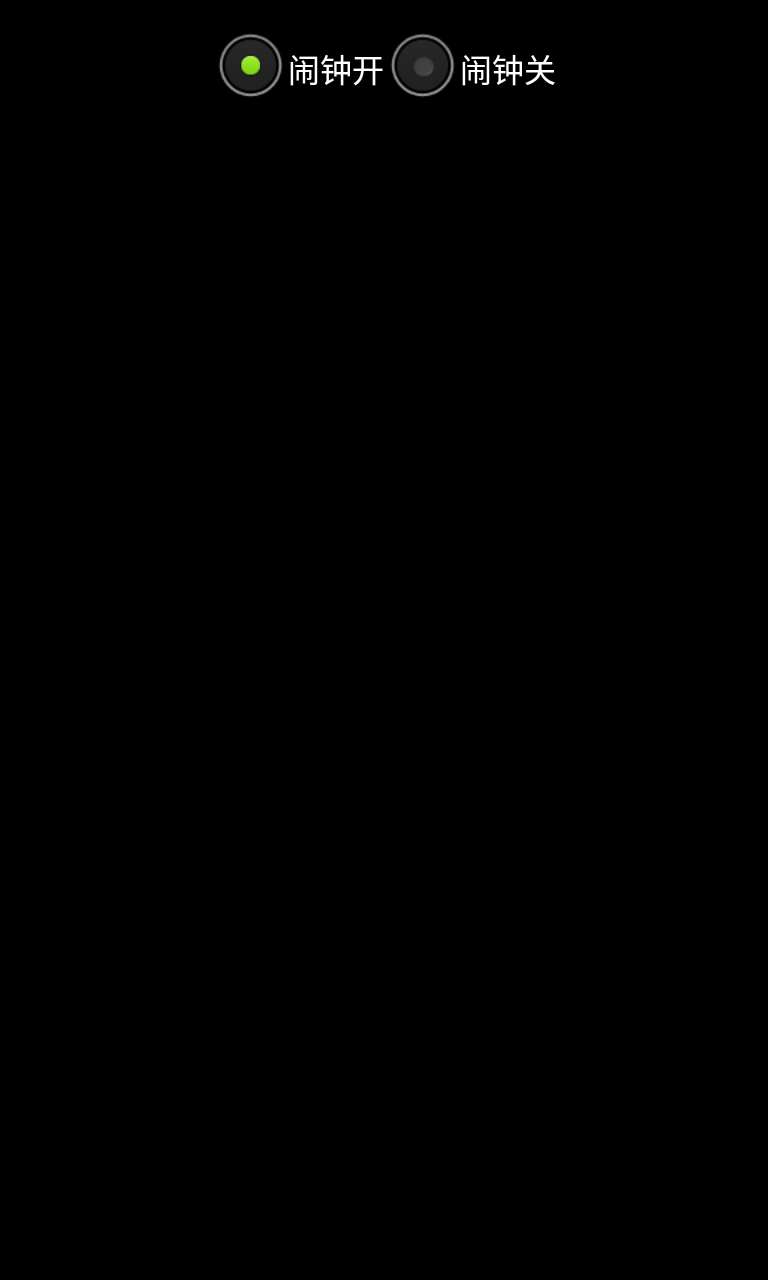
Repository: gogolaile/CoolWeather
Layout: DayDel/res/layout/alarm_newone_dialog.xml
An editor plug-in stored every save of this project. The layout is shown before and after the next save, followed by the edit.
It is drawn on a 768 x 1280 px phone screen (xhdpi) without system bars, with theme android:Theme.NoTitleBar.Fullscreen; the app's code is not run.

Above is the layout before, as saved 2015-12-09 12:34:06.

### DayDel/res/layout/alarm_newone_dialog.xml
<?xml version="1.0" encoding="UTF-8"?>
<LinearLayout
     xmlns:android="http://schemas.android.com/apk/res/android"
     android:layout_width = "match_parent"
     android:layout_height = "match_parent"
     android:orientation="vertical"
     android:padding="10dp">
     <RadioGroup android:id="@+id/alarm_mode"
         android:orientation="horizontal"
         android:layout_width="wrap_content"
         android:layout_height="wrap_content"
         android:layout_gravity="center_horizontal">
         <RadioButton android:layout_width="wrap_content"
             android:layout_height="wrap_content"
             android:id="@+id/open_alarm"
             android:text="闹钟开"
             android:checked="true"/>
         <RadioButton android:layout_width="wrap_content"
             android:layout_height="wrap_content"
             android:id="@+id/close_alarm"
             android:text="闹钟关"/>
     </RadioGroup>
</LinearLayout>

After the next save:
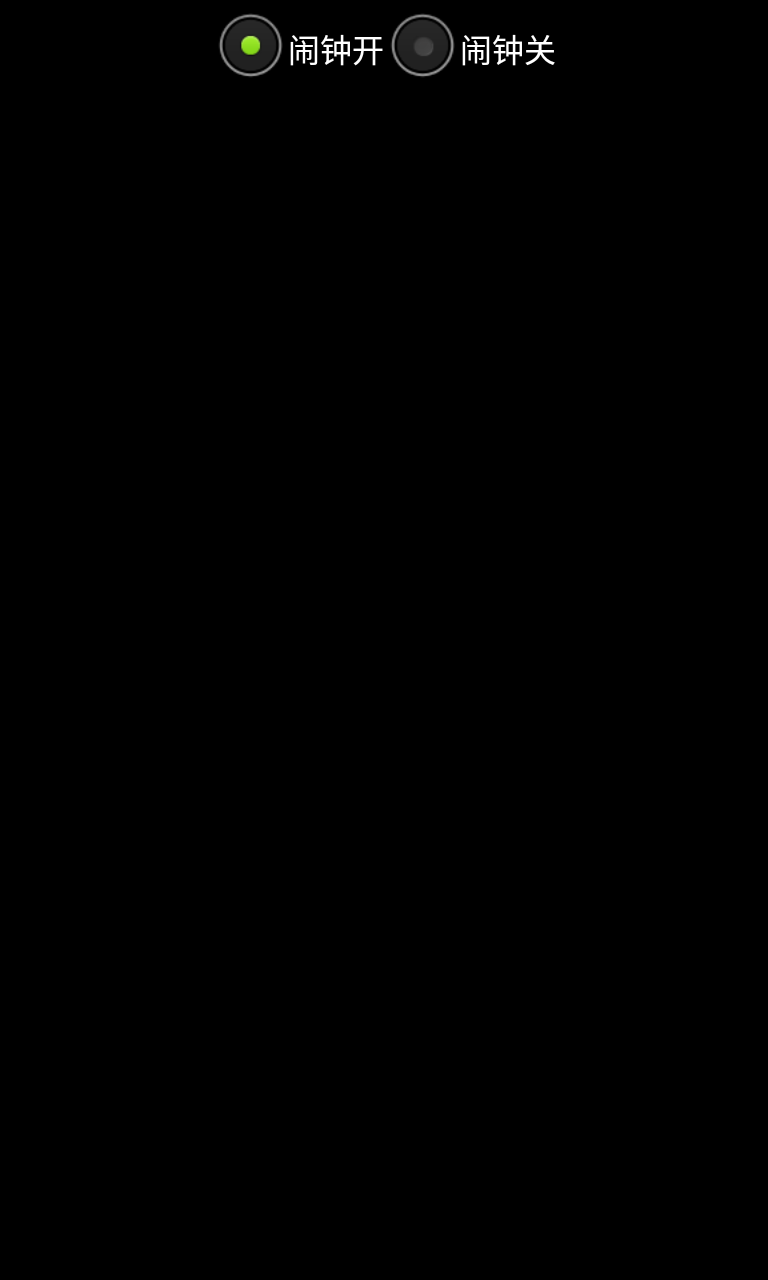
Saved 20 s later.
--- a/DayDel/res/layout/alarm_newone_dialog.xml
+++ b/DayDel/res/layout/alarm_newone_dialog.xml
@@ -3,8 +3,7 @@
      xmlns:android="http://schemas.android.com/apk/res/android"
      android:layout_width = "match_parent"
      android:layout_height = "match_parent"
-     android:orientation="vertical"
-     android:padding="10dp">
+     android:orientation="vertical">
      <RadioGroup android:id="@+id/alarm_mode"
          android:orientation="horizontal"
          android:layout_width="wrap_content"
